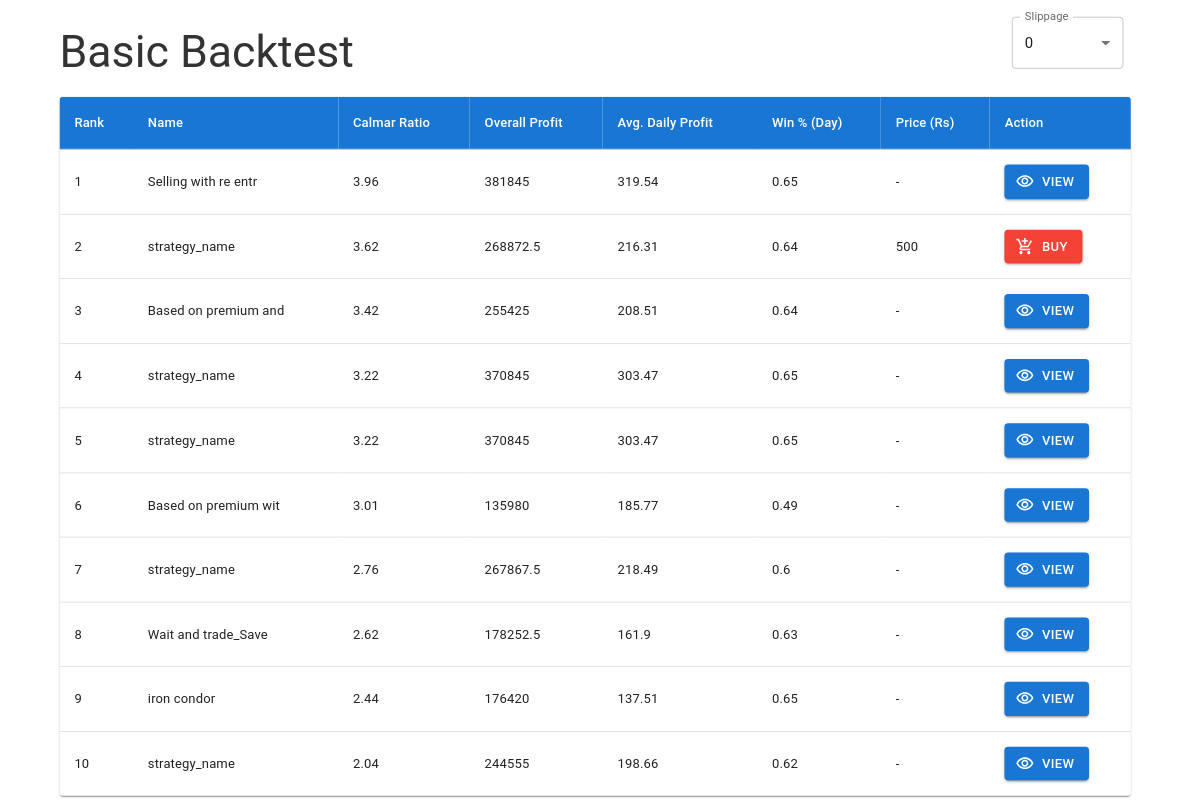
Repository: PraTEEkgUpTa2/Leaderboard
Page: /
An editor plug-in stored every save of this project. The page is shown before and after the next save, followed by the edit.
The browser window is 1280 px wide. The pictures show the whole page, at 93% of full size.
The project was rebuilt for these pictures with package versions that can differ from the ones it lists, and the page was loaded fresh each time. Also part of the build but not shown: src/App.css.

Above is the page before, as saved 2024-05-27 16:10:21.

### src/index.js
import React from 'react';
import ReactDOM from 'react-dom';
import { ThemeProvider } from '@mui/material/styles';
import App from './App';
import theme from './theme'; // Import the theme object

const root = ReactDOM.createRoot(document.getElementById('root'));
root.render(

  <ThemeProvider theme={theme}>
  <App />
</ThemeProvider>

);

// If you want to start measuring performance in your app, pass a function
// to log results (for example: reportWebVitals(console.log))
// or send to an analytics endpoint. Learn more: https://bit.ly/CRA-vitals

### src/App.js
import React from 'react';
import './App.css';
import Leaderboard from './Leaderboard';

function App() {
  return (
    <div className="App">
      <Leaderboard />
    </div>
  );
}

export default App;

### src/theme.js
// theme.js

import { createTheme } from '@mui/material/styles';

const theme = createTheme({
  palette: {
    primary: {
      main: '#1976d2', // Background color for the table header
      dark: '#135fa8', // Hover color for primary buttons
    },
    error: {
      main: '#f44336', // Background color for "Buy" button
      dark: '#d32f2f', // Hover color for "Buy" button
    },
    common: {
      white: '#fff', // Text color for table header and buttons
    },
  },
});

export default theme;

### src/Leaderboard.js
import React from 'react';
import data from './data.json';
import { Container, Table, TableBody, TableCell, TableContainer, TableHead, TableRow, Paper, Button, Typography, FormControl, InputLabel, Select, MenuItem, Box } from '@mui/material';
import { VisibilityOutlined, AddShoppingCartOutlined } from '@mui/icons-material';
import { styled } from '@mui/system';

const StyledTableHead = styled(TableHead)(({ theme }) => ({
  backgroundColor: theme.palette.primary.main,
  '& .MuiTableCell-root': {
    color: theme.palette.common.white,
  },
}));

const ViewButton = styled(Button)(({ theme }) => ({
  backgroundColor: theme.palette.primary.main,
  color: theme.palette.common.white,
  '&:hover': {
    backgroundColor: theme.palette.primary.dark,
  },
  '& .MuiButton-startIcon': {
    marginRight: theme.spacing(1),
  },
}));

const BuyButton = styled(Button)(({ theme }) => ({
  backgroundColor: theme.palette.error.main,
  color: theme.palette.common.white,
  '&:hover': {
    backgroundColor: theme.palette.error.dark,
  },
  '& .MuiButton-startIcon': {
    marginRight: theme.spacing(1),
  },
}));

const HoverTableRow = styled(TableRow)(({ theme }) => ({
  transition: 'background-color 0.3s',
  '&:hover': {
    backgroundColor: theme.palette.action.hover,
    zIndex: 1, // Increase z-index when hovered
    position: 'relative', // Add position: relative
  },
}));

const Leaderboard = () => {
  return (
    <Container>
      <Box display="flex" justifyContent="space-between" alignItems="center">
        <Typography variant="h3" style={{ color: '#333', marginTop: '20px' }}>
          Basic Backtest
        </Typography>
        <FormControl sx={{ m: 1, minWidth: 120 }}>
          <InputLabel id="slippage-label">Slippage</InputLabel>
          <Select
            labelId="slippage-label"
            id="slippage-select"
            defaultValue={0}
            label="Slippage"
          >
            <MenuItem value={0}>0</MenuItem>
            <MenuItem value={0.5}>0.5</MenuItem>
            <MenuItem value={1}>1</MenuItem>
          </Select>
        </FormControl>
      </Box>
      <TableContainer component={Paper} style={{ marginTop: '20px' }}>
        <Table aria-label="leaderboard table">
          <StyledTableHead>
            <TableRow>
              <TableCell>Rank</TableCell>
              <TableCell>Name</TableCell>
              <TableCell>Calmar Ratio</TableCell>
              <TableCell>Overall Profit</TableCell>
              <TableCell>Avg. Daily Profit</TableCell>
              <TableCell>Win % (Day)</TableCell>
              <TableCell>Price (Rs)</TableCell>
              <TableCell>Action</TableCell>
            </TableRow>
          </StyledTableHead>
          <TableBody>
            {data.map((row) => (
              <HoverTableRow key={row.Rank}>
                <TableCell>{row.Rank}</TableCell>
                <TableCell>{row.Name}</TableCell>
                <TableCell>{row["Calmar Ratio"]}</TableCell>
                <TableCell>{row["Overall Profit"]}</TableCell>
                <TableCell>{row["Avg. Daily Profit"]}</TableCell>
                <TableCell>{row["Win %(Day)"]}</TableCell>
                <TableCell>{row["Price (Rs)"] ? row["Price (Rs)"] : '-'}</TableCell>
                <TableCell>
                  {row.Action === 'View' ? (
                    <ViewButton startIcon={<VisibilityOutlined />} variant="contained">
                      View
                    </ViewButton>
                  ) : (
                    <BuyButton startIcon={<AddShoppingCartOutlined />} variant="contained">
                      Buy
                    </BuyButton>
                  )}
                </TableCell>
              </HoverTableRow>
            ))}
          </TableBody>
        </Table>
      </TableContainer>
    </Container>
  );
};

export default Leaderboard;

### src/data.json
[
    {
        "Rank": 1,
        "Name": "Selling with re entr",
        "Calmar Ratio": 3.96,
        "Overall Profit": 381845,
        "Avg. Daily Profit": 319.54,
        "Win %(Day)": 0.65,
        "Price (Rs)": null,
        "Action": "View"
    },
    {
        "Rank": 2,
        "Name": "strategy_name",
        "Calmar Ratio": 3.62,
        "Overall Profit": 268872.5,
        "Avg. Daily Profit": 216.31,
        "Win %(Day)": 0.64,
        "Price (Rs)": 500,
        "Action": "Buy"
    },
    {
        "Rank": 3,
        "Name": "Based on premium and",
        "Calmar Ratio": 3.42,
        "Overall Profit": 255425,
        "Avg. Daily Profit": 208.51,
        "Win %(Day)": 0.64,
        "Price (Rs)": null,
        "Action": "View"
    },
    {
        "Rank": 4,
        "Name": "strategy_name",
        "Calmar Ratio": 3.22,
        "Overall Profit": 370845,
        "Avg. Daily Profit": 303.47,
        "Win %(Day)": 0.65,
        "Price (Rs)": null,
        "Action": "View"
    },
    {
        "Rank": 5,
        "Name": "strategy_name",
        "Calmar Ratio": 3.22,
        "Overall Profit": 370845,
        "Avg. Daily Profit": 303.47,
        "Win %(Day)": 0.65,
        "Price (Rs)": null,
        "Action": "View"
    },
    {
        "Rank": 6,
        "Name": "Based on premium wit",
        "Calmar Ratio": 3.01,
        "Overall Profit": 135980,
        "Avg. Daily Profit": 185.77,
        "Win %(Day)": 0.49,
        "Price (Rs)": null,
        "Action": "View"
    },
    {
        "Rank": 7,
        "Name": "strategy_name",
        "Calmar Ratio": 2.76,
        "Overall Profit": 267867.5,
        "Avg. Daily Profit": 218.49,
        "Win %(Day)": 0.6,
        "Price (Rs)": null,
        "Action": "View"
    },
    {
        "Rank": 8,
        "Name": "Wait and trade_Save",
        "Calmar Ratio": 2.62,
        "Overall Profit": 178252.5,
        "Avg. Daily Profit": 161.9,
        "Win %(Day)": 0.63,
        "Price (Rs)": null,
        "Action": "View"
    },
    {
        "Rank": 9,
        "Name": "iron condor",
        "Calmar Ratio": 2.44,
        "Overall Profit": 176420,
        "Avg. Daily Profit": 137.51,
        "Win %(Day)": 0.65,
        "Price (Rs)": null,
        "Action": "View"
    },
    {
        "Rank": 10,
        "Name": "strategy_name",
        "Calmar Ratio": 2.04,
        "Overall Profit": 244555,
        "Avg. Daily Profit": 198.66,
        "Win %(Day)": 0.62,
        "Price (Rs)": null,
        "Action": "View"
    }
]

Loaded but not shown: public/index.html (common file)

After the next save:
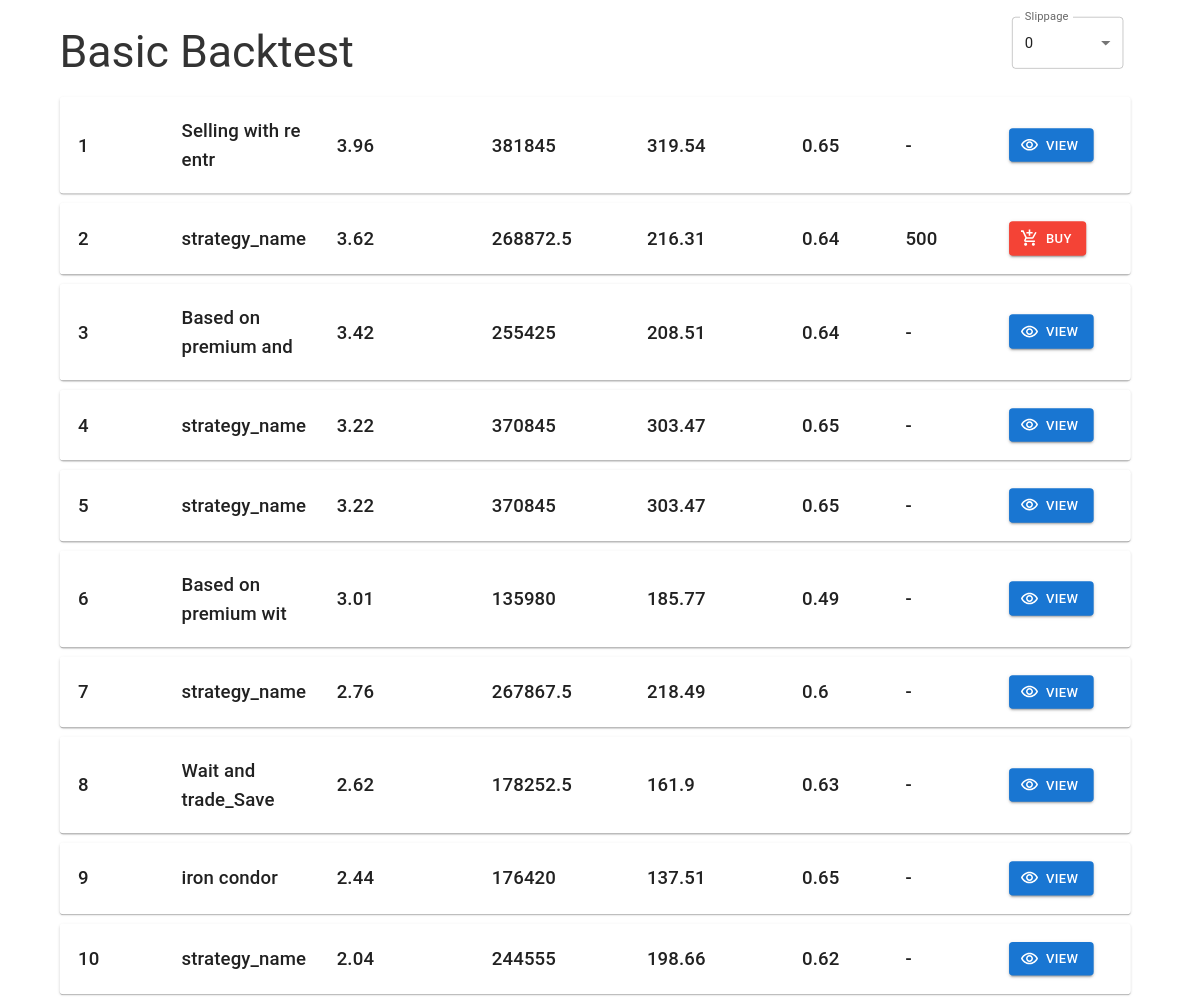
Saved 21 h 35 min later.
--- a/src/Leaderboard.js
+++ b/src/Leaderboard.js
@@ -1,13 +1,27 @@
 import React from 'react';
 import data from './data.json';
-import { Container, Table, TableBody, TableCell, TableContainer, TableHead, TableRow, Paper, Button, Typography, FormControl, InputLabel, Select, MenuItem, Box } from '@mui/material';
+import { Container, Box, Typography, FormControl, InputLabel, Select, MenuItem, Paper, Button } from '@mui/material';
 import { VisibilityOutlined, AddShoppingCartOutlined } from '@mui/icons-material';
 import { styled } from '@mui/system';
 
-const StyledTableHead = styled(TableHead)(({ theme }) => ({
-  backgroundColor: theme.palette.primary.main,
-  '& .MuiTableCell-root': {
-    color: theme.palette.common.white,
+const TabContainer = styled(Box)(({ theme }) => ({
+  display: 'flex',
+  flexDirection: 'column',
+  gap: '10px',
+  marginTop: '20px',
+}));
+
+const Tab = styled(Paper)(({ theme }) => ({
+  display: 'flex',
+  justifyContent: 'space-between',
+  alignItems: 'center',
+  padding: '20px',
+  transition: 'transform 0.3s, box-shadow 0.3s',
+  '&:hover': {
+    transform: 'translateY(-5px)',
+    boxShadow: theme.shadows[5],
+    zIndex: 1,
+    position: 'relative',
   },
 }));
 
@@ -33,15 +47,6 @@ const BuyButton = styled(Button)(({ theme }) => ({
   },
 }));
 
-const HoverTableRow = styled(TableRow)(({ theme }) => ({
-  transition: 'background-color 0.3s',
-  '&:hover': {
-    backgroundColor: theme.palette.action.hover,
-    zIndex: 1, // Increase z-index when hovered
-    position: 'relative', // Add position: relative
-  },
-}));
-
 const Leaderboard = () => {
   return (
     <Container>
@@ -63,46 +68,44 @@ const Leaderboard = () => {
           </Select>
         </FormControl>
       </Box>
-      <TableContainer component={Paper} style={{ marginTop: '20px' }}>
-        <Table aria-label="leaderboard table">
-          <StyledTableHead>
-            <TableRow>
-              <TableCell>Rank</TableCell>
-              <TableCell>Name</TableCell>
-              <TableCell>Calmar Ratio</TableCell>
-              <TableCell>Overall Profit</TableCell>
-              <TableCell>Avg. Daily Profit</TableCell>
-              <TableCell>Win % (Day)</TableCell>
-              <TableCell>Price (Rs)</TableCell>
-              <TableCell>Action</TableCell>
-            </TableRow>
-          </StyledTableHead>
-          <TableBody>
-            {data.map((row) => (
-              <HoverTableRow key={row.Rank}>
-                <TableCell>{row.Rank}</TableCell>
-                <TableCell>{row.Name}</TableCell>
-                <TableCell>{row["Calmar Ratio"]}</TableCell>
-                <TableCell>{row["Overall Profit"]}</TableCell>
-                <TableCell>{row["Avg. Daily Profit"]}</TableCell>
-                <TableCell>{row["Win %(Day)"]}</TableCell>
-                <TableCell>{row["Price (Rs)"] ? row["Price (Rs)"] : '-'}</TableCell>
-                <TableCell>
-                  {row.Action === 'View' ? (
-                    <ViewButton startIcon={<VisibilityOutlined />} variant="contained">
-                      View
-                    </ViewButton>
-                  ) : (
-                    <BuyButton startIcon={<AddShoppingCartOutlined />} variant="contained">
-                      Buy
-                    </BuyButton>
-                  )}
-                </TableCell>
-              </HoverTableRow>
-            ))}
-          </TableBody>
-        </Table>
-      </TableContainer>
+      <TabContainer>
+        {data.map((row) => (
+          <Tab key={row.Rank}>
+            <Box flexBasis="10%">
+              <Typography variant="h6">{row.Rank}</Typography>
+            </Box>
+            <Box flexBasis="15%">
+              <Typography variant="h6">{row.Name}</Typography>
+            </Box>
+            <Box flexBasis="15%">
+              <Typography variant="h6">{row["Calmar Ratio"]}</Typography>
+            </Box>
+            <Box flexBasis="15%">
+              <Typography variant="h6">{row["Overall Profit"]}</Typography>
+            </Box>
+            <Box flexBasis="15%">
+              <Typography variant="h6">{row["Avg. Daily Profit"]}</Typography>
+            </Box>
+            <Box flexBasis="10%">
+              <Typography variant="h6">{row["Win %(Day)"]}</Typography>
+            </Box>
+            <Box flexBasis="10%">
+              <Typography variant="h6">{row["Price (Rs)"] ? row["Price (Rs)"] : '-'}</Typography>
+            </Box>
+            <Box flexBasis="10%">
+              {row.Action === 'View' ? (
+                <ViewButton startIcon={<VisibilityOutlined />} variant="contained">
+                  View
+                </ViewButton>
+              ) : (
+                <BuyButton startIcon={<AddShoppingCartOutlined />} variant="contained">
+                  Buy
+                </BuyButton>
+              )}
+            </Box>
+          </Tab>
+        ))}
+      </TabContainer>
     </Container>
   );
 };
